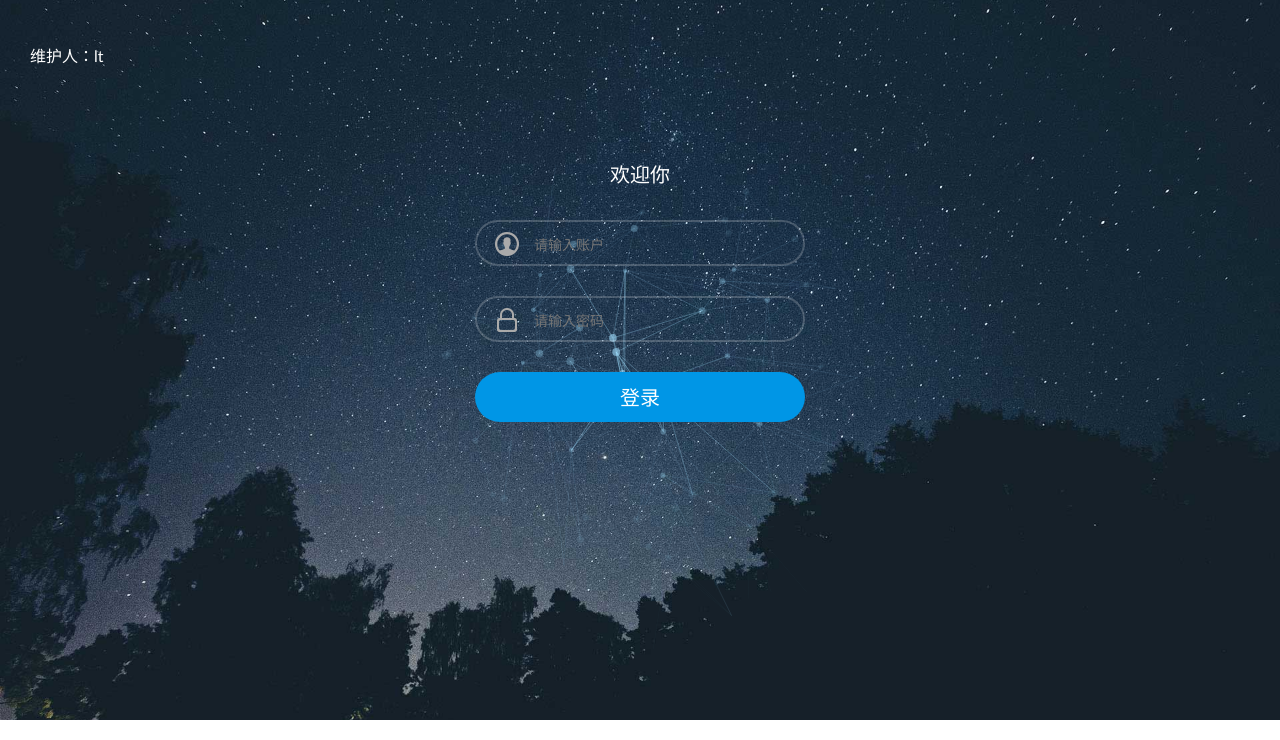
Repository: LTai123456/orl
Page: auth/src/main/resources/static/index.html
These files come from the project's save history. The page is drawn as it stood at one moment and after the next save; the edit follows.
The browser window is 1280 px wide. The pictures show the whole page.

Above is the page before, as saved 2019-12-25 09:59:26.

### auth/src/main/resources/static/index.html
<!DOCTYPE html>
<html lang="en" class="no-js">
<head>
<meta charset="UTF-8" />
<meta http-equiv="X-UA-Compatible" content="IE=edge">
<meta name="viewport" content="width=device-width, initial-scale=1">
<title>login</title>
<link rel="stylesheet" type="text/css" href="css/normalize.css" />
<link rel="stylesheet" type="text/css" href="css/demo.css" />
<!--必要样式-->
<link rel="stylesheet" type="text/css" href="css/component.css" />
<!--[if IE]>
<script src="js/html5.js"></script>
<![endif]-->
</head>
<body>
	<div class="container demo-1">
		<div class="content">
			<div id="large-header" class="large-header">
				<canvas id="demo-canvas"></canvas>
				<div class="logo_box">
					<h3>欢迎你</h3>
					<form id="login" action="/login/form" name="f" method="post">
						<div class="input_outer">
							<span class="u_user"></span> <input name="username" class="text"
								style="color: #FFFFFF !important" type="text"
								placeholder="请输入账户">
						</div>
						<div class="input_outer">
							<span class="us_uer"></span> <input name="password" class="text"
								style="color: #FFFFFF !important; position: absolute; z-index: 100;"
								value="" type="password" placeholder="请输入密码">
						</div>
						<div class="mb2">
						    <a class="act-but submit" onclick="document:login.submit()"
						        style="color: #FFFFFF">登录</a>
						</div>
					</form>
				</div>
			</div>
		</div>
	</div>
	<!-- /container -->

	<script src="js/TweenLite.min.js"></script>
	<script src="js/EasePack.min.js"></script>
	<script src="js/rAF.js"></script>
	<script src="js/demo-1.js"></script>
	<div style="text-align: center;">
		<p class="creater">
			维护人：<a href="https://github.com/LTai123456/orl" target="_blank">lt</a>
		</p>
	</div>
	<div>
	<a class="zhuce" onclick=""
								style="color: #FFFFFF">注册</a></div>
</body>
</html>

### auth/src/main/resources/static/css/component.css
/* Header */
.large-header {
	position: relative;
	width: 100%;
	background: #333;
	overflow: hidden;
	background-size: cover;
	background-position: center center;
	z-index: 1;
}

.demo-1 .large-header {
	background-image: url('../img/demo-1-bg.jpg');
}
.logo_box{
	width: 400px;
	height: 500px;
	padding: 35px;
	color: #EEE;
	position: absolute;
	left: 50%;
	top:50%;
	margin-left: -200px;
	margin-top: -250px;
}
.logo_box h3{
	text-align: center;
	height: 20px;
	font: 20px "microsoft yahei",Helvetica,Tahoma,Arial,"Microsoft jhengHei",sans-serif;
	color: #FFFFFF;
	height: 20px;
	line-height: 20px;
	padding:0 0 35px 0;
}
.forms{
	width: 280px;
	height: 485px;
}
.logon_inof{
	width: 100%;
	min-height: 450px;
	padding-top: 35px;
	position: relative;
}
.input_outer{
	height: 46px;
	padding: 0 5px;
	margin-bottom: 30px;
	border-radius: 50px;
	position: relative;
	border: rgba(255,255,255,0.2) 2px solid !important;
}
.u_user{
	width: 25px;
	height: 25px;
	background: url(../img/login_ico.png);
	background-position:  -125px 0;
	position: absolute;
	margin: 10px 13px;
}
.us_uer{
	width: 25px;
	height: 25px;
	background-image: url(../img/login_ico.png);
	background-position: -125px -34px;
	position: absolute;
	margin: 10px 13px;
}
.l-login{
	position: absolute;
	z-index: 1;
	left: 50px;
	top: 0;
	height: 46px;
	font: 14px "microsoft yahei",Helvetica,Tahoma,Arial,"Microsoft jhengHei";
	line-height: 46px;
}
.text{
	width: 220px;
	height: 46px;
	outline: none;
	display: inline-block;
	font: 14px "microsoft yahei",Helvetica,Tahoma,Arial,"Microsoft jhengHei";
	margin-left: 50px;
	border: none;
	background: none;
	line-height: 46px;
}
/*///*/
.mb2{
	margin-bottom: 20px
}
.mb2 a{
	text-decoration: none;
	outline: none;
}
.submit {
	padding: 15px;
	margin-top: 20px;
	display: block;
}
.act-but{
	line-height: 20px;
	text-align: center;
	font-size: 20px;
	border-radius: 50px;
	background: #0096e6;
}
.creater{
	position:fixed;
	top: 30px;
	left: 30px;
	color: #fff;
	z-index:999;
}

.creater a{
	color: #fff;
}
.zhuce{

}

Loaded but not shown: auth/src/main/resources/static/css/normalize.css (common file); auth/src/main/resources/static/css/demo.css (common file); auth/src/main/resources/static/js/TweenLite.min.js (library); auth/src/main/resources/static/js/EasePack.min.js (library); auth/src/main/resources/static/js/rAF.js (common file); auth/src/main/resources/static/js/demo-1.js (common file)

After the next save:
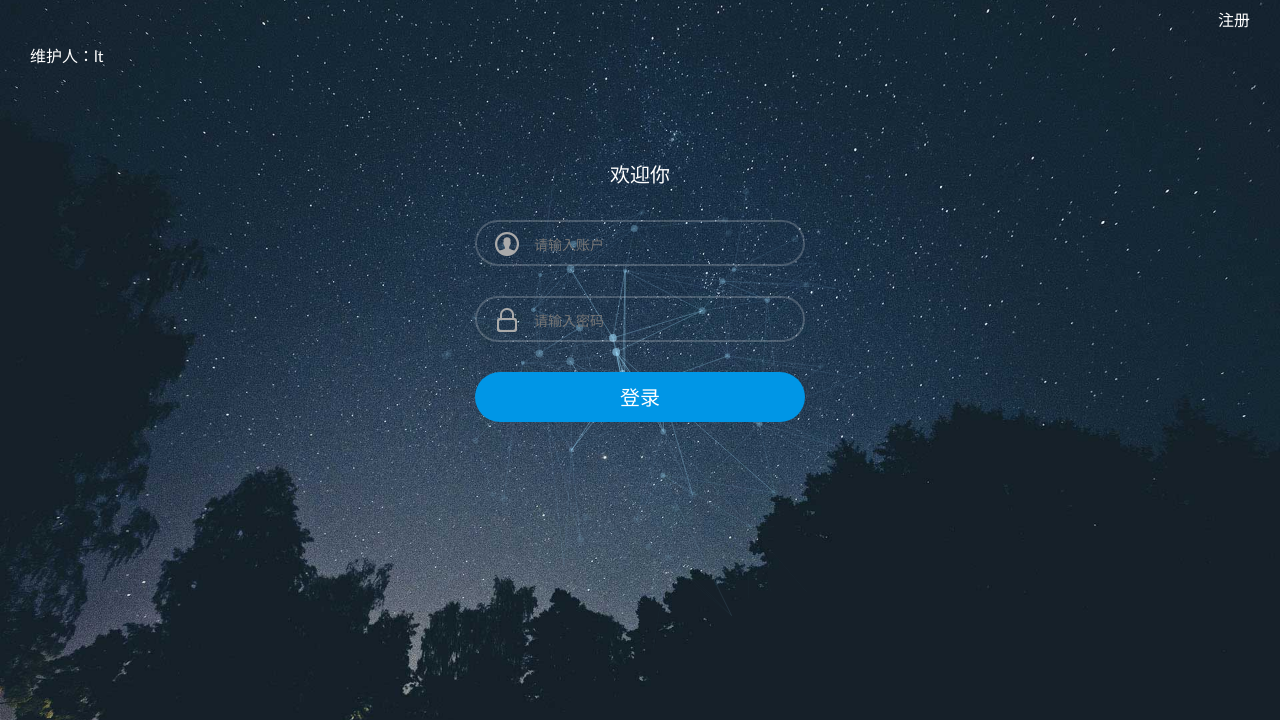
Saved 23 s later.
--- a/auth/src/main/resources/static/css/component.css
+++ b/auth/src/main/resources/static/css/component.css
@@ -118,5 +118,9 @@
 	color: #fff;
 }
 .zhuce{
-
+	position:fixed;
+	top: 10px;
+	right: 30px;
+	color: #fff;
+	z-index:999;
 }
